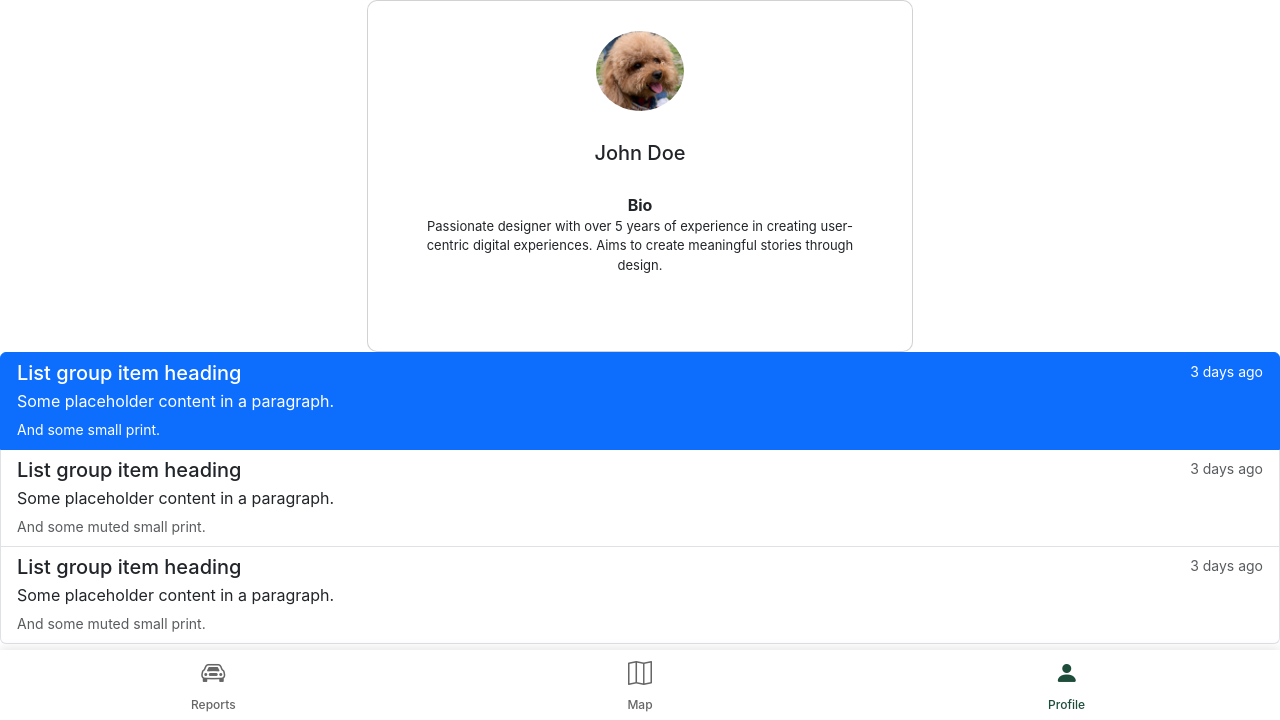
Repository: sukhrajsandhar/1800_202510_BBY8
Page: Profile.html
An editor plug-in stored every save of this project. The page is shown before and after the next save, followed by the edit.
The browser window is 1280 px wide. The pictures show the whole page.

Above is the page before, as saved 2025-03-03 19:41:24.

After the next save:
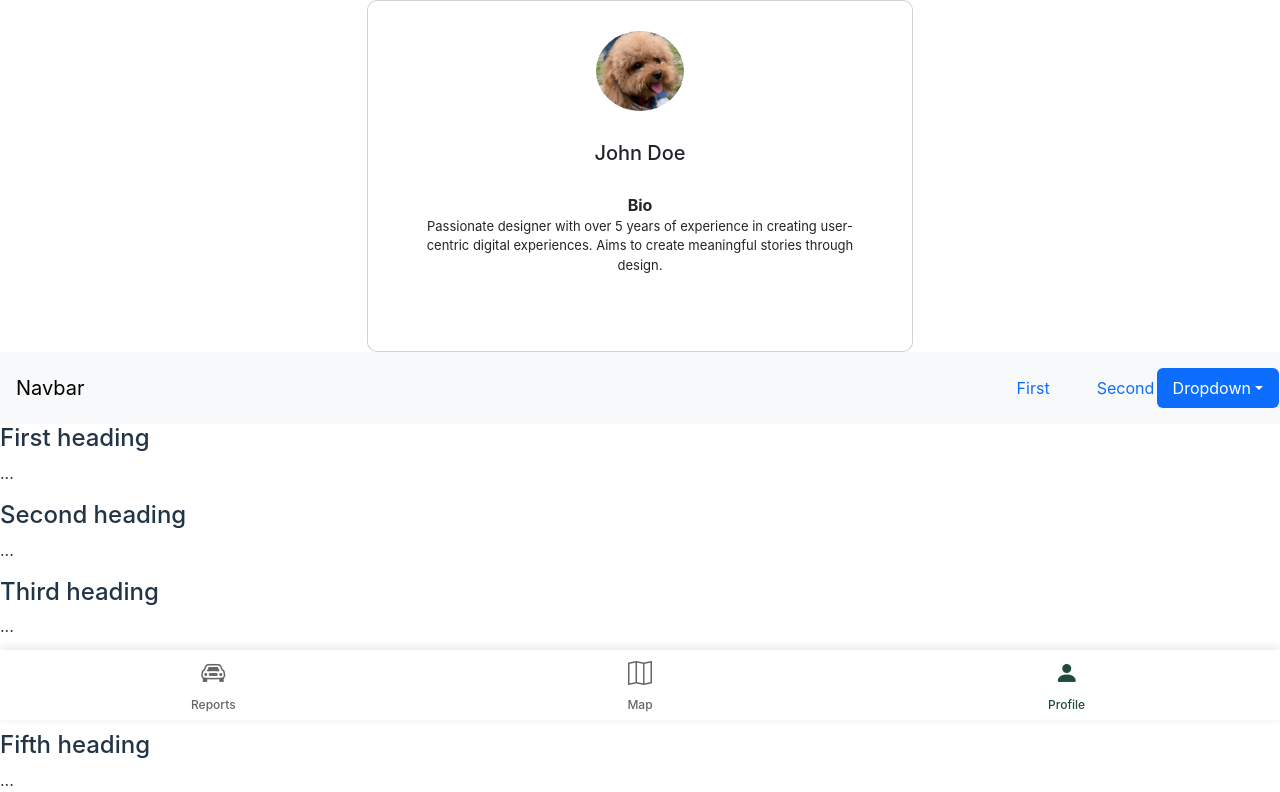
Saved 108 s later.
--- a/Profile.html
+++ b/Profile.html
@@ -37,32 +37,39 @@
         </div>
     </div>
     <!-- User Reports -->
-    <div class="list-group">
-        <a href="#" class="list-group-item list-group-item-action active" aria-current="true">
-        <div class="d-flex w-100 justify-content-between">
-            <h5 class="mb-1">List group item heading</h5>
-            <small>3 days ago</small>
-        </div>
-        <p class="mb-1">Some placeholder content in a paragraph.</p>
-        <small>And some small print.</small>
-        </a>
-        <a href="#" class="list-group-item list-group-item-action">
-        <div class="d-flex w-100 justify-content-between">
-            <h5 class="mb-1">List group item heading</h5>
-            <small class="text-muted">3 days ago</small>
-        </div>
-        <p class="mb-1">Some placeholder content in a paragraph.</p>
-        <small class="text-muted">And some muted small print.</small>
-        </a>
-        <a href="#" class="list-group-item list-group-item-action">
-        <div class="d-flex w-100 justify-content-between">
-            <h5 class="mb-1">List group item heading</h5>
-            <small class="text-muted">3 days ago</small>
-        </div>
-        <p class="mb-1">Some placeholder content in a paragraph.</p>
-        <small class="text-muted">And some muted small print.</small>
-        </a>
+    <nav id="navbar-example2" class="navbar navbar-light bg-light px-3">
+        <a class="navbar-brand" href="#">Navbar</a>
+        <ul class="nav nav-pills">
+        <li class="nav-item">
+            <a class="nav-link" href="#scrollspyHeading1">First</a>
+        </li>
+        <li class="nav-item">
+            <a class="nav-link" href="#scrollspyHeading2">Second</a>
+        </li>
+        <li class="nav-item dropdown">
+            <a class="nav-link dropdown-toggle" data-bs-toggle="dropdown" href="#" role="button" aria-expanded="false">Dropdown</a>
+            <ul class="dropdown-menu">
+            <li><a class="dropdown-item" href="#scrollspyHeading3">Third</a></li>
+            <li><a class="dropdown-item" href="#scrollspyHeading4">Fourth</a></li>
+            <li><hr class="dropdown-divider"></li>
+            <li><a class="dropdown-item" href="#scrollspyHeading5">Fifth</a></li>
+            </ul>
+        </li>
+        </ul>
+    </nav>
+    <div data-bs-spy="scroll" data-bs-target="#navbar-example2" data-bs-offset="0" class="scrollspy-example" tabindex="0">
+        <h4 id="scrollspyHeading1">First heading</h4>
+        <p>...</p>
+        <h4 id="scrollspyHeading2">Second heading</h4>
+        <p>...</p>
+        <h4 id="scrollspyHeading3">Third heading</h4>
+        <p>...</p>
+        <h4 id="scrollspyHeading4">Fourth heading</h4>
+        <p>...</p>
+        <h4 id="scrollspyHeading5">Fifth heading</h4>
+        <p>...</p>
     </div>
+
     <!-- Nav bar -->
     <nav class="bottom-nav">
         <a href="Reports.html" class="nav-item">
